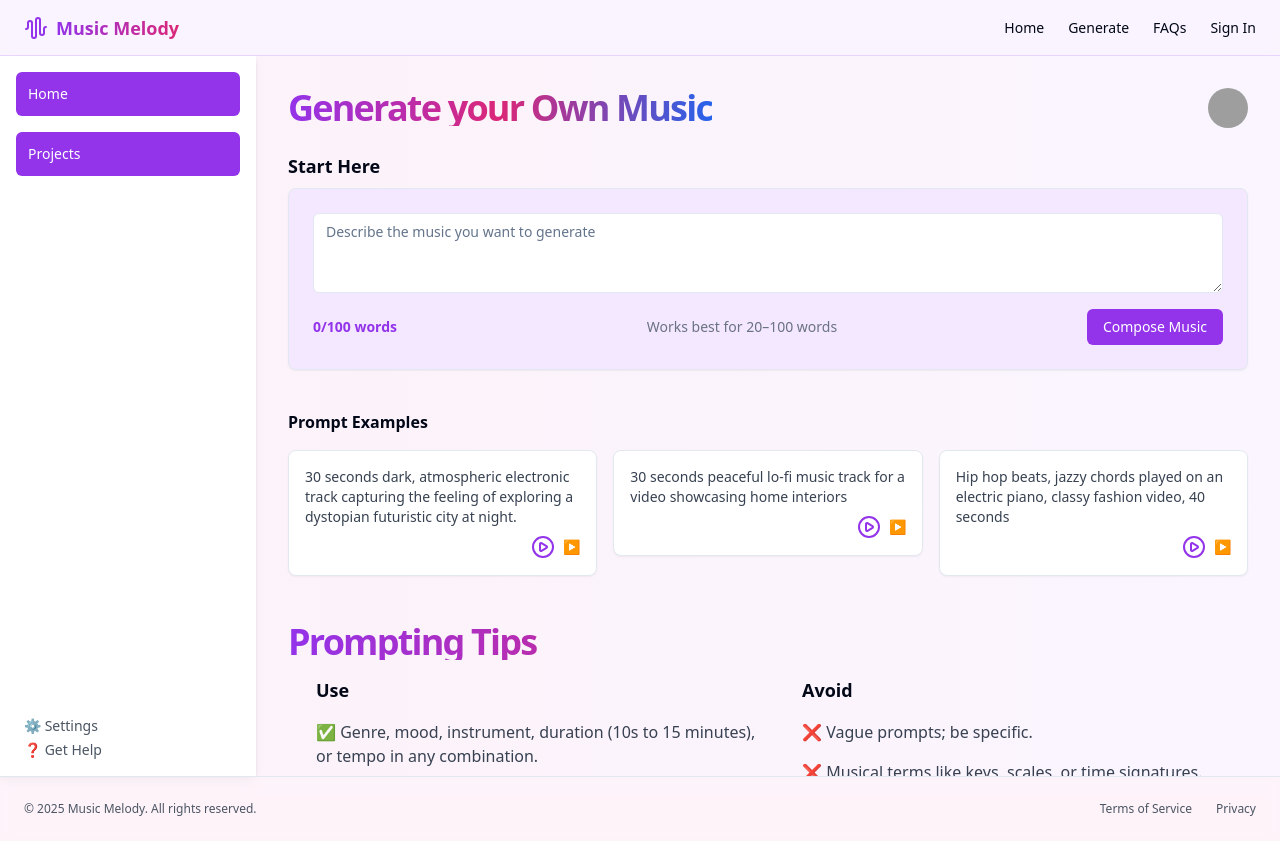
Repository: Aadityakesarwani/musicMelody
Page: /MusicMelodyUI
The author's editor kept a copy of each file at every save. The page is drawn from the files as they stood at one save, then again after the next save.
The browser window is 1280 px wide. The pictures show the whole page.
Pictures or frames that could not be fetched are drawn as grey boxes. An inner scrolling area shows only its first screen. The project was rebuilt for these pictures with package versions that can differ from the ones it lists, and the page was loaded fresh each time. Also part of the build but not shown: vite.config.js, src/components/ui/accordion.jsx, src/components/Faq.jsx, src/components/Hero.jsx, src/components/HowItWorks.jsx, src/context/AuthContext.jsx, src/components/SignIn.jsx, src/components/MusicSection.jsx and 7 more. Imported but missing from the stored project, and not drawn on this page: src/assets/1.mp4, src/assets/2.mp4, src/assets/3.mp4, src/assets/4.mp4, src/assets/5.mp4.

Above is the page before, as saved 2025-04-13 19:26:03.

After the next save:
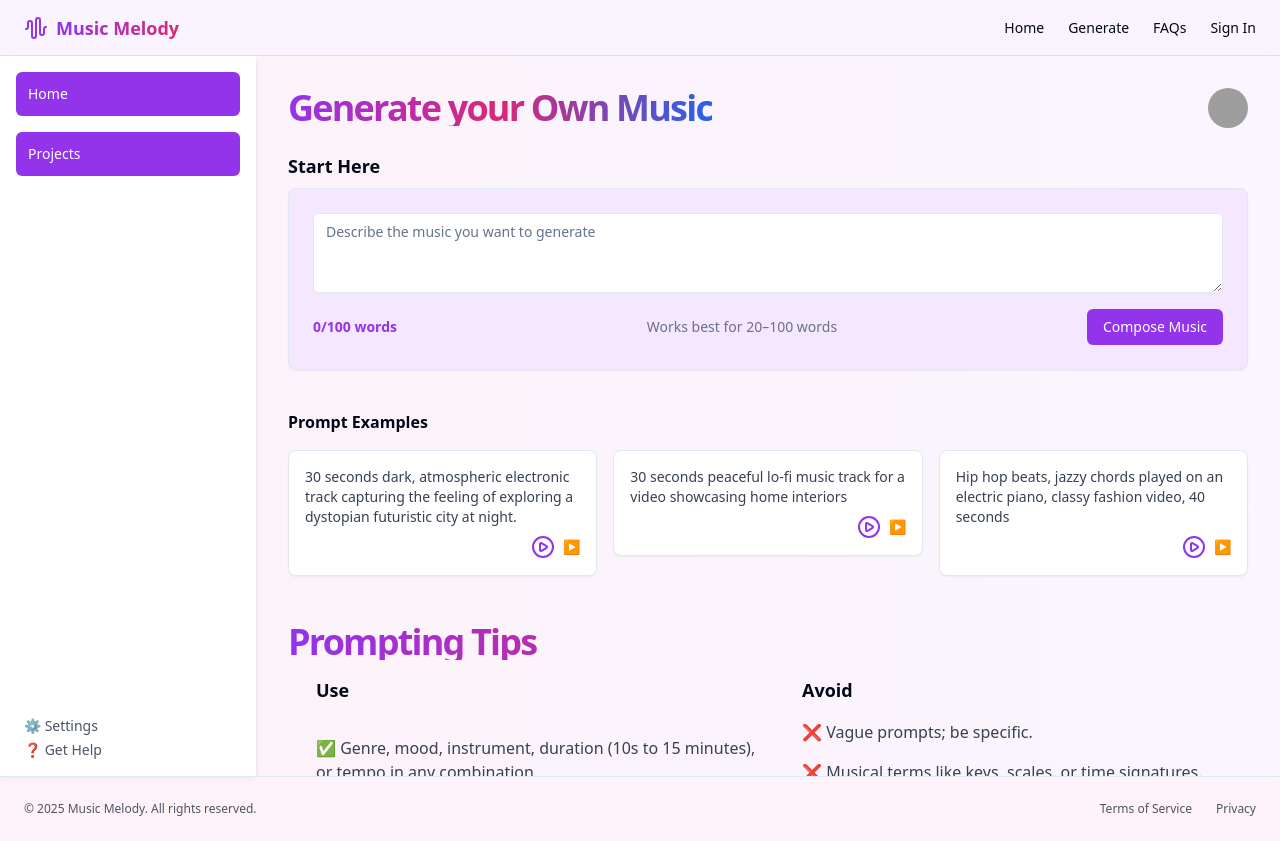
Saved 22 s later.
--- a/src/components/MusicMelodyUI.jsx
+++ b/src/components/MusicMelodyUI.jsx
@@ -103,7 +103,7 @@ export default function MusicMelodyUI() {
           <div className="grid grid-cols-1 md:grid-cols-2 gap-10">
             {/* Use Column */}
             <div>
-              <h4 className="text-lg font-semibold mb-4">Use</h4>
+              <h4 className="text-lg font-semibold mb-8">Use</h4>
               <ul className="space-y-4 text-gray-700">
                 <li>✅ Genre, mood, instrument, duration (10s to 15 minutes), or tempo in any combination.</li>
                 <li>✅ Genre like ambient, cinematic, lo-fi, electronic, rock, hio-hop for best results.</li>
